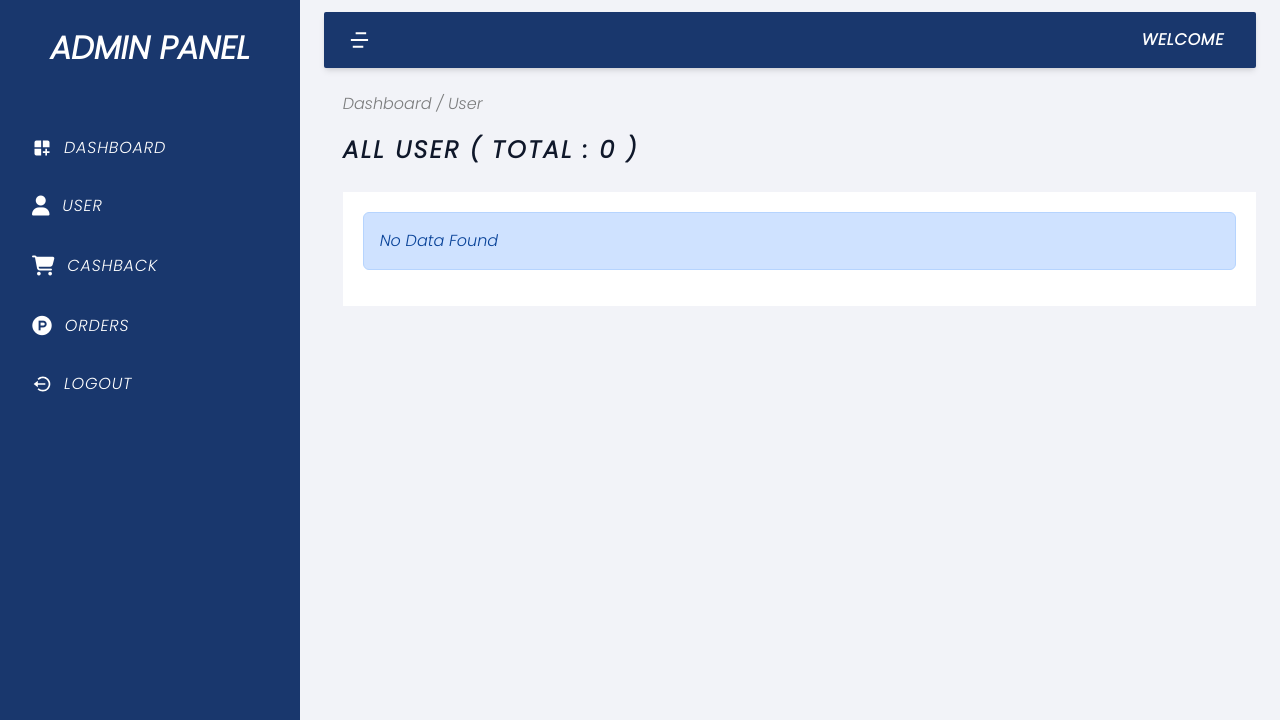
Repository: FlyweisReact/Ankit-Pandey-Admin-Panel
Page: /Admin
An editor plug-in stored every save of this project. The page is shown before and after the next save, followed by the edit.
The browser window is 1280 px wide. The pictures show the whole page.
The page's requests for data from a server got no answer. Some web libraries are served in a nearby version. The project was rebuilt for these pictures with package versions that can differ from the ones it lists, and the page was loaded fresh each time. No one was signed in, and anything a server would have sent is missing. Also part of the build but not shown: src/Screen/Login.jsx, src/Screen/Dashboard.js, src/Screen/EAdminOrders.js, src/Screen/EAdminCustomer.js.

Above is the page before, as saved 2023-06-16 15:38:57.

### public/index.html
<!-- @format -->

<!DOCTYPE html>
<html lang="en">
  <head>
    <meta charset="utf-8" />
    <meta name="viewport" content="width=device-width, initial-scale=1" />
    <meta name="theme-color" content="#000000" />
    <meta
      name="description"
      content="Web site created using create-react-app"
    />
    <link rel="icon" href="%PUBLIC_URL%/favicon.png" />
    <link rel="manifest" href="%PUBLIC_URL%/manifest.json" />
    <link rel="preconnect" href="https://fonts.googleapis.com">
<link rel="preconnect" href="https://fonts.gstatic.com" crossorigin>
<link href="https://fonts.googleapis.com/css2?family=Roboto+Mono:ital,wght@1,300&display=swap" rel="stylesheet">
    <title>Logo Fx</title>
  </head>
  <body>
    <noscript>You need to enable JavaScript to run this app.</noscript>
    <div id="root"></div>
    <script src="https://code.jquery.com/jquery-3.6.0.min.js"></script>
    <script src="https://kit.fontawesome.com/b533b351e4.js" crossorigin="anonymous"></script>
  </body>
</html>

### src/index.js
import React from "react";
import ReactDOM from "react-dom/client";
import "./index.css";
import App from "./App";
import { BrowserRouter } from "react-router-dom";
import 'bootstrap/dist/css/bootstrap.min.css'

const root = ReactDOM.createRoot(document.getElementById("root"));
root.render(
  <React.StrictMode>
    <BrowserRouter>
      <App />
    </BrowserRouter>
  </React.StrictMode>
);

### src/index.css
/** @format */

@tailwind base;
@tailwind components;
@tailwind utilities;

@import url("https://fonts.googleapis.com/css2?family=Roboto+Mono:ital,wght@1,300&display=swap");
@font-face {
  font-family: Roboto;
  src: url("./Fonts/Poppins-LightItalic.ttf");
}

body {
  margin: 0;
  font-family: Roboto !important;
  -webkit-font-smoothing: antialiased;
  -moz-osx-font-smoothing: grayscale;
}

code {
  font-family: Roboto !important;
}

html {
  font-family: Roboto !important;
}

::-webkit-scrollbar {
  width: 10px;
}
.fa-trash {
  color: red;
  cursor: pointer;
}

.iCOn {
  transition: 0.5s;
  box-shadow: none;
  transform: scale(1);
}
.cardDiv {
  cursor: pointer;
}

.cardDiv:hover .iCOn {
  box-shadow: rgba(0, 0, 0, 0.35) 0px 5px 15px;
  transform: scale(1.3);
}

/* Track */
::-webkit-scrollbar-track {
  background: #f1f1f1;
}

/* Handle */
::-webkit-scrollbar-thumb {
  background: #888;
}

/* Handle on hover */
::-webkit-scrollbar-thumb:hover {
  background: #555;
}
.profileImage {
  width: 100px;
}
.fa-eye {
  color: #029aff;
  cursor: pointer;
}
.fa-edit {
  cursor: pointer;
  color: blue;
}

.View {
  border: 1px solid black;
  width: 100%;
  padding: 10px;
}

.main-card--container {
  display: grid;
  grid-template-columns: repeat(3, minmax(300px, 500px));
  grid-gap: 50px;
  justify-content: space-around;
}
.card-container {
  margin: 25px 0 auto;
  box-shadow: rgba(0, 0, 0, 0.35) 0px 5px 15px;
  position: relative;
  display: grid;
  grid-template-columns: 1fr;
  justify-content: space-around;
  align-items: flex-start;
}

.myEdit:focus {
  box-shadow: rgba(0, 0, 0, 0.35) 0px 5px 15px;
}

.AstroLogin {
  color: #fff;
  background-color: #2b7a8e;
  padding: 10px;
  width: 380px;
  text-align: center;
  font-size: 20px;
  background: linear-gradient(to left, #2b7a8e 50%, #fff 50%) right;
  background-size: 200%;
  transition: 0.5s ease-out;
  border: 1px solid #2b7a8e;
  margin-top: 10px;
  text-transform: uppercase;
}
.AstroLogin:hover {
  background-position: left;
  color: #2b7a8e;
}

.EcommerceAdminLogin {
  color: #fff;
  background-color: #19376d;
  padding: 10px;
  width: 380px;
  text-align: center;
  font-size: 20px;
  background: linear-gradient(to left, #19376d 50%, #fff 50%) right;
  background-size: 200%;
  transition: 0.5s ease-out;
  border: 1px solid #19376d;
  margin-top: 10px;
  text-transform: uppercase;
}

.EcommerceAdminLogin:hover {
  background-position: left;
  color: #19376d;
}
.EcommerceVendorLogin {
  color: #fff;
  background-color: #576cbc;
  padding: 10px;
  width: 380px;
  text-align: center;
  font-size: 20px;
  background: linear-gradient(to left, #576cbc 50%, #fff 50%) right;
  background-size: 200%;
  transition: 0.5s ease-out;
  border: 1px solid #576cbc;
  margin-top: 10px;
  text-transform: uppercase;
}

.EcommerceVendorLogin:hover {
  background-position: left;
  color: #576cbc;
}

.view {
  background-color: #2196f3;
  color: #fff;
  width: 50%;
  padding: 5px;
}

.two-sec {
  display: flex;
  justify-content: space-evenly;
  justify-content: space-evenly;
}
.two-sec .left {
  width: 60%;
  background-color: #f6f1ef;
  padding: 20px;
}
.two-sec .left .head {
  font-size: 25px;
  font-weight: bold;
}

.two-sec .right {
  width: 30%;
  background-color: #f6f1ef;
}

.searchDiv {
  width: 100%;
  display: flex;
  gap: 10px;
  border: 1px solid rgb(179, 179, 179);
  padding: 10px;
  margin-bottom: 20px;
  align-items: center;
}
.searchDiv input {
  width: 94%;
  outline: none;
  border: none;
}

.flexCont {
  display: flex;
  align-items: center;
  gap: 10px;
}
.flexCont img {
  width: 60px;
  background-color: #e9ecef;
}

.blockContent {
  display: block;
}
.blockContent p {
  margin: 0;
}

.checkBox {
  width: 50px;
  height: 25px;
  background-color: #e9ecef;
  border-radius: 50px;
  position: relative;
  cursor: pointer;
}
.checkBox span {
  width: 20px;
  height: 20px;
  border-radius: 100%;
  background-color: #fff;
  position: absolute;
  left: 5px;
  top: 2px;
}
.ActivecheckBox {
  width: 50px;
  height: 25px;
  background-color: #0d6efd;
  border-radius: 50px;
  position: relative;
  cursor: pointer;
}
.ActivecheckBox span {
  width: 20px;
  height: 20px;
  border-radius: 100%;
  background-color: #fff;
  position: absolute;
  right: 5px;
  top: 2px;
}

.fa-eye {
  color: #0cba73;
  background-color: #d6f8e8;
  width: 40px;
  text-align: center;
  height: 40px;
  display: flex;
  border-radius: 100%;
  justify-content: center;
  padding-top: 10px;
  transition: 0.5s;
}

.fa-pen-to-square {
  color: #f4c39c;
  background-color: #ffebdb;
  width: 40px;
  text-align: center;
  height: 40px;
  display: flex;
  border-radius: 100%;
  justify-content: center;
  padding-top: 10px;
  cursor: pointer;
  transition: 0.5s;
}
.fa-trash {
  color: #df939f;
  background-color: #ffe1e8;
  width: 40px;
  text-align: center;
  height: 40px;
  display: flex;
  border-radius: 100%;
  justify-content: center;
  padding-top: 10px;
  cursor: pointer;
  transition: 0.5s;
}
.fa-trash:hover {
  transform: scale(1.2);
}
.fa-eye:hover {
  transform: scale(1.2);
}
.fa-pen-to-square:hover {
  transform: scale(1.2);
}
.required {
  color: #e74260;
}

.headP {
  margin-left: 2%;
  color: #7b7c7d;
}
.filterBox {
  display: flex;
  align-items: center;
  gap: 10px;
  border-bottom: 1px solid #d4d7dc;
  padding-bottom: 20px;
  margin-bottom: 20px;
}
.filterBox img {
  width: 30px;
}
.filterBox input {
  width: 100%;
  border: 1px solid #d4d7dc;
  outline: none;
  padding: 5px;
  color: black;
}
.sectionCont {
  width: 98%;
  background-color: #fff;
  margin-left: 2%;
  padding: 20px;
}

.overFlowCont {
  width: 100%;
  overflow-x: auto;
}

.logo {
  width: 300px;
  margin-bottom: 20px;
}

.updateProfile {
  margin-left: 20px;
  border: 1px solid #fff;
  border-radius: 100%;
  font-size: 1.2rem;
  padding: 10px;
  transition: 0.5s;
  cursor: pointer;
}
.updateProfile:hover {
  border: 1px solid #19376d;
  color: #19376d;
  background-color: #fff;
}

.Normalbtn {
  background-color: #19376d !important;
  border: 1px solid #19376d !important;
  border-radius: 0px !important;
}

.ImageCarousel {
  width: 150px !important;
  margin: 0px !important;
  height: 150px !important;
}
.CarouselImages {
  width: 150px !important;
  height: 150px !important;
}
.CarouselImages img {
  width: 100% !important;
  height: 100% !important;
}

.ModalCarousel {
  width: 100% !important;
  height: 500px !important;
}
.ModalCarousel {
  width: 100% !important;
  height: 500px !important;
}
.ModalCarousel img {
  width: 100% !important;
  height: 500px !important;
}

.gridCont {
  display: grid;
  grid-template-columns: auto auto auto;
  justify-content: space-evenly;
}
.gridCont div {
  width: 400px;
  height: 300px;
  box-shadow: rgba(0, 0, 0, 0.35) 0px 5px 15px;
  padding: 10px;
  position: relative;
  margin-top: 20px;
}
.gridCont div img {
  width: 100%;
}
.delete-Btn {
  width: 90%;
  margin-left: 2%;
  color: #c44b3f;
  border: 1px solid #c44b3f;
  position: absolute;
  bottom: 10px;
  transition: 0.5s;
  padding: 10px;
}

.delete-Btn:hover {
  background-color: #c44b3f;
  color: #fff;
}

.BannerCarousel {
  width: 300px;
  margin: 0px !important;
}
.BannerCarouselImage {
  width: 300px;
}
.BannerCarouselImage img {
  width: 100%;
}

.pagination {
  display: flex;
  justify-content: center;
  align-items: center;
  gap: 10px;
  margin-bottom: 20px;
}
.pagination button {
  border: 1px solid black;
  padding: 10px;
}

.activePage {
  background-color: #19376d;
  color: #fff;
  border: 1px solid #19376d !important;
}

.active {
  background-color: #fff;
  color: #19376d !important;
}
.prevBtn {
  background-color: #fff;
  color: #19376d;
  border: 1px solid #19376d !important;
  transition: 0.5s;
}

.prevBtn:hover,
.prevBtn:focus,
.prevBtn:active {
  background-color: #19376d;
  color: #fff;
  border: 1px solid #19376d !important;
}
.nextBtn {
  background-color: #fff;
  color: #19376d;
  border: 1px solid #19376d !important;
  transition: 0.5s;
}

.nextBtn:hover,
.nextBtn:focus,
.nextBtn:active {
  background-color: #19376d;
  color: #fff;
  border: 1px solid #19376d !important;
}

.dangerBox {
  position: relative;
}
.dangerBox i {
  position: absolute;
  top: 50%;
  left: 90%;
  transform: translate(-50%, -50%);
  cursor: pointer;
}

### src/App.js
/** @format */

import { Routes, Route } from "react-router-dom";
import { ToastContainer } from "react-toastify";
import "react-toastify/dist/ReactToastify.css";
import Login from "./Screen/Login";
import Dashboard from "./Screen/Dashboard";
import EAdminOrders from "./Screen/EAdminOrders";
import EAdminCustomer from "./Screen/EAdminCustomer";
import EAdmin from "./Screen/EAdmin";
function App() {
  return (
    <>
      <ToastContainer />

      <Routes>
        <Route path="/" element={<Login />} />
        <Route path="/Customer" element={<EAdminCustomer />} />
        <Route path="/dashboard" element={<Dashboard />} />
        <Route path="/Admin" element={<EAdmin />} />
        <Route path="/Orders" element={<EAdminOrders />} />


      </Routes>
    </>
  );
}

export default App;

### src/Screen/EAdmin.js
/** @format */

import axios from "axios";
import React, { useEffect, useState } from "react";
import { Alert , Table } from "react-bootstrap";
import HOC from "./layout/HOC";

const EAdmin = () => {
  const [data, setData] = useState([]);

  // Pagination and Filter
  const [query, setQuery] = useState("");
  const [currentPage2, setCurrentPage2] = useState(1);
  const [postPerPage2] = useState(10);
  const lastPostIndex2 = currentPage2 * postPerPage2;
  const firstPostIndex2 = lastPostIndex2 - postPerPage2;

  let pages2 = [];

  const TotolData = query
    ? data?.filter(
        (i) =>
          i?.userId?.toLowerCase().includes(query?.toLowerCase())
      )
    : data;

  useEffect(() => {
    if (query) {
      setCurrentPage2(1);
    }
  }, [query]);

  const slicedData = TotolData?.slice(firstPostIndex2, lastPostIndex2);

  for (let i = 1; i <= Math.ceil(TotolData?.length / postPerPage2); i++) {
    pages2.push(i);
  }

  function Next() {
    setCurrentPage2(currentPage2 + 1);
  }

  function Prev() {
    if (currentPage2 !== 1) {
      setCurrentPage2(currentPage2 - 1);
    }
  }

  const fetchData = async () => {
    try {
      const { data } = await axios.get(
        "http://localhost:3040/api/v1/profile/getAlluser"
      );
      setData(data.result)
    } catch (e) {
      console.log(e);
    }
  };

  useEffect(() => {
    fetchData();
  }, []);


  return (
    <>


      <p className="headP">Dashboard / User</p>
      <div
        className="pb-4 sticky top-0  w-full flex justify-between items-center"
        style={{ width: "98%", marginLeft: "2%" }}
      >
        <span
          className="tracking-widest text-slate-900 font-semibold uppercase "
          style={{ fontSize: "1.5rem" }}
        >
          All User ( Total : {data?.length} )
        </span>
      </div>

      <section className="sectionCont">
        {data?.length === 0 || !data ? (
          <Alert> No Data Found</Alert>
        ) : (
          <>
            {/* Filter */}
            <div className="filterBox">
              <img
                src="https://t4.ftcdn.net/jpg/01/41/97/61/360_F_141976137_kQrdYIvfn3e0RT1EWbZOmQciOKLMgCwG.jpg"
                alt=""
              />
              <input
                type="search"
                placeholder="Start typing to search for Customers"
                onChange={(e) => setQuery(e.target.value)}
              />
            </div>

            <div className="overFlowCont">
              <Table>
                <thead>
                  <tr>
                    <th>SNo.</th>
                    <th>User</th>
                  </tr>
                </thead>
                <tbody>
                  {slicedData?.map((i, index) => (
                    <tr key={index}>
                      <td>#{index + 1} </td>
                      <td> {i.userId} </td>

                    </tr>
                  ))}
                </tbody>
              </Table>

              {/* Pagination */}
              <div className="pagination">
                <button onClick={() => Prev()} className="prevBtn">
                  <i className="fa-solid fa-backward"></i>
                </button>
                {currentPage2 === 1 ? (
                  ""
                ) : (
                  <button onClick={() => setCurrentPage2(1)}>1</button>
                )}

                {pages2
                  ?.slice(currentPage2 - 1, currentPage2 + 3)
                  .map((i, index) =>
                    i === pages2?.length ? (
                      ""
                    ) : (
                      <button
                        key={index}
                        onClick={() => setCurrentPage2(i)}
                        className={currentPage2 === i ? "activePage" : ""}
                      >
                        {" "}
                        {i}{" "}
                      </button>
                    )
                  )}

                <button
                  onClick={() => setCurrentPage2(pages2?.length)}
                  className={
                    currentPage2 === pages2?.length ? "activePage" : ""
                  }
                >
                  {" "}
                  {pages2?.length}{" "}
                </button>

                {currentPage2 === pages2?.length ? (
                  ""
                ) : (
                  <button onClick={() => Next()} className="nextBtn">
                    {" "}
                    <i className="fa-sharp fa-solid fa-forward"></i>
                  </button>
                )}
              </div>
            </div>
          </>
        )}
      </section>
    </>
  );
};

export default HOC(EAdmin);

### src/Screen/layout/HOC.jsx
/** @format */

import React, { useState } from "react";
import Navbar from "./Navbar";
import Sidebar from "./Sidebar";

const HOC = (Wcomponenet) => {
  return function Component() {
    const [hamb, setHamb] = useState(false);
    return (
      <>
        <section
          className="flex overflow-x-hidden relative "
          style={{ backgroundColor: "#f2f3f8" }}
        >
          {/* Sidebar */}
          <div
            className={
              hamb
                ? " absolute top-0 z-30 md:w-auto shadow-md bg-slate-200  w-60 transition-all md:-left-full left duration-150  h-auto overflow-y-auto  left-0 "
                : " md:w-72 z-30 bg-slate-200  shadow-md  md:static absolute top-0 -left-full   transition-all duration-150  overflow-y-auto h-auto"
            }
            style={{ minWidth: "300px" }}
          >
            <Sidebar hamb={hamb} setHamb={setHamb} />
          </div>
          {/* Components & Navbar */}
          <div
            className={
              hamb
                ? " transition-all px-4 py-2  duration-150 w-full h-screen"
                : " w-full h-screen  px-4 py-2   z-50 transition-all duration-150 "
            }
            style={{ backgroundColor: "#f2f3f8" }}
          >
            <Navbar hamb={hamb} setHamb={setHamb} />
            <div className="my-6 text-#000 h-[87%] wcomp overflow-y-auto">
              {" "}
              <Wcomponenet />
            </div>
          </div>
        </section>
      </>
    );
  };
};

export default HOC;

### src/Screen/layout/Navbar.jsx
/** @format */

import { RiMenu4Line } from "react-icons/ri";

const Navbar = ({ hamb, setHamb }) => {
  const AdminName = localStorage.getItem("AdminName")
  return (
    <>
      <div
        className={
          hamb
            ? "flex  w-full justify-between  my-1 rounded-sm  p-4 py-3 shadow-md items-center  bg-slate-200 space-x-4"
            : "flex  w-full justify-between my-1 rounded-sm  p-4 py-3 shadow-md items-center  bg-slate-200 space-x-4"
        }
        style={{ backgroundColor: "#19376d" }}
      >
        <RiMenu4Line
          onClick={() => setHamb(!hamb)}
          className="text-2xl font-bold text-gray-900 hover:scale-90 cursor-pointer"
          style={{ color: "#fff" }}
        />

        <section className="flex sm:ml-auto justify-end sm:w-full items-center space-x-2  pr-2">
          <figcaption className="tracking-wider pl-1 font-semibold">
            <div
              className="lg:text-base text-sm text-gray-900  uppercase"
              style={{ color: "#fff" }}
            >
              Welcome {AdminName}
            </div>
          </figcaption>
        </section>
      </div>
    </>
  );
};

export default Navbar;

### src/Screen/layout/Sidebar.jsx
/** @format */

import React from "react";
import { RiCloseLine } from "react-icons/ri";
import { Link, useNavigate } from "react-router-dom";
import { BiLogOutCircle } from "react-icons/bi";
import { MdDashboardCustomize } from "react-icons/md";

const Sidebar = ({ hamb, setHamb }) => {
  const navigate = useNavigate();

  const nav = [
    {
      icon: <MdDashboardCustomize className="text-xl mr-3 rounded-full " />,
      link: "/dashboard ",
      name: "Dashboard",
    },
    {
      icon: <i className="fa-solid fa-user text-xl mr-3 rounded-full"></i>,
      link: "/Admin",
      name: "User",
    },
    {
      icon: (
        <i className="fa-solid fa-cart-shopping text-xl mr-3 rounded-full"></i>
      ),
      link: "/Customer",
      name: "Cashback",
    },
    {
      icon: (
        <i className="fa-brands fa-product-hunt text-xl mr-3 rounded-full"></i>
      ),
      link: "/Orders",
      name: "Orders",
    }
  ];

  const logOut = () => {
    localStorage.clear()
    navigate("/");
  };

  return (
    <>
      <aside
        className="p-4 h-auto"
        style={{ backgroundColor: "#19376d", minHeight: "100vh" }}
      >
        {/* Top */}
        <div className="w-full md:hidden relative  p-2 mb-4">
          <RiCloseLine
            onClick={() => setHamb(!hamb)}
            className="text-3xl  absolute top-2 sm:hover:rotate-[228deg] transition-transform font-bold right-2 sm:hover:text-[22px] text-[rgb(241,146,46)] cursor-pointer"
          />
        </div>{" "}
        <figure className="flex  flex-col items-center">
          <span
            className="font-bold text-[#fff]"
            style={{
              fontSize: "2rem",
              textAlign: "center",
              textTransform: "uppercase",
            }}
          >
            {" "}
            ADMIN PANEL
          </span>
        </figure>
        <nav className="py-6">
          {nav.map((nav) => {
            return (
              <Link
                to={nav.link}
                key={nav.name}
                className=""
                style={{ textDecoration: "none", textTransform: "uppercase" }}
              >
                <span
                  className="flex my-3 items-center cursor-pointer text-gray-900    tracking-wider p-2 rounded-sm"
                  style={{ color: "#FFF" }}
                >
                  {nav.icon} {nav.name}
                </span>
              </Link>
            );
          })}
          <span
            className="flex my-3 items-center cursor-pointer text-gray-900    tracking-wider p-2 rounded-sm"
            onClick={() => logOut()}
            style={{ color: "#FFF", textTransform: "uppercase" }}
          >
            <BiLogOutCircle className="text-xl mr-3 rounded-full " /> LogOut
          </span>
        </nav>
      </aside>
    </>
  );
};

export default Sidebar;

Loaded but not shown: tailwind.config.js (common file)

After the next save:
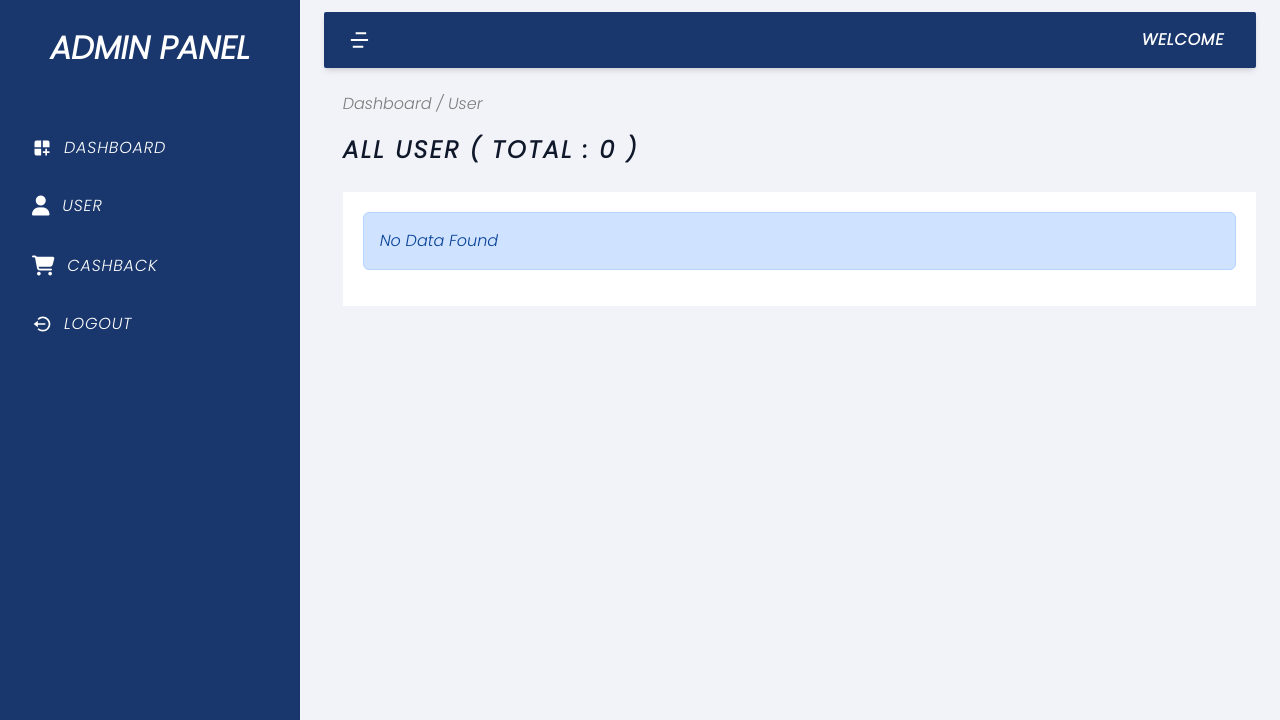
Saved 2 min 17 s later.
--- a/src/Screen/layout/Sidebar.jsx
+++ b/src/Screen/layout/Sidebar.jsx
@@ -26,13 +26,6 @@ const Sidebar = ({ hamb, setHamb }) => {
       ),
       link: "/Customer",
       name: "Cashback",
-    },
-    {
-      icon: (
-        <i className="fa-brands fa-product-hunt text-xl mr-3 rounded-full"></i>
-      ),
-      link: "/Orders",
-      name: "Orders",
     }
   ];
 
